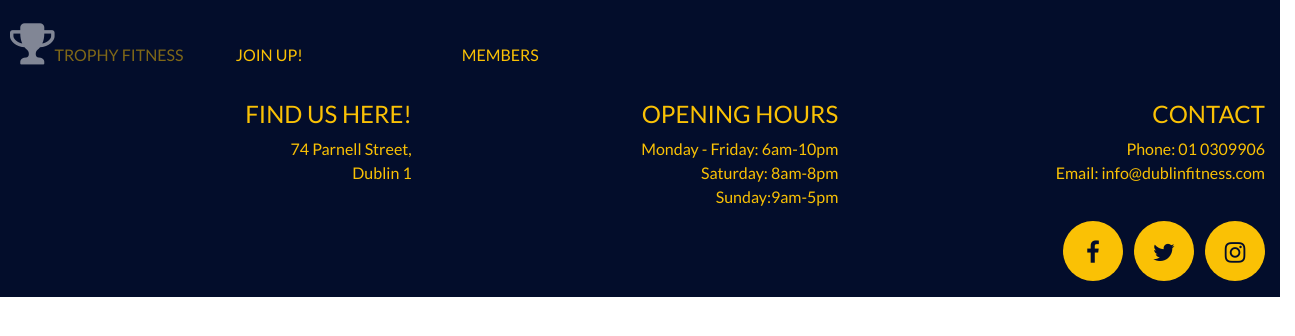
Repository: Code-Institute-Submissions/conbonbom-Milestone-project-1
Page: index.html
The author's editor kept a record of every edit. The page is drawn from the files as they stood at one moment, then again after the next edit.
The browser window is 1280 px wide. The page is 1295 px wide, so the pictures cover 1295 px, including what lies to the right of the window. The pictures show the whole page.

Above is the page before.

After the next edit:
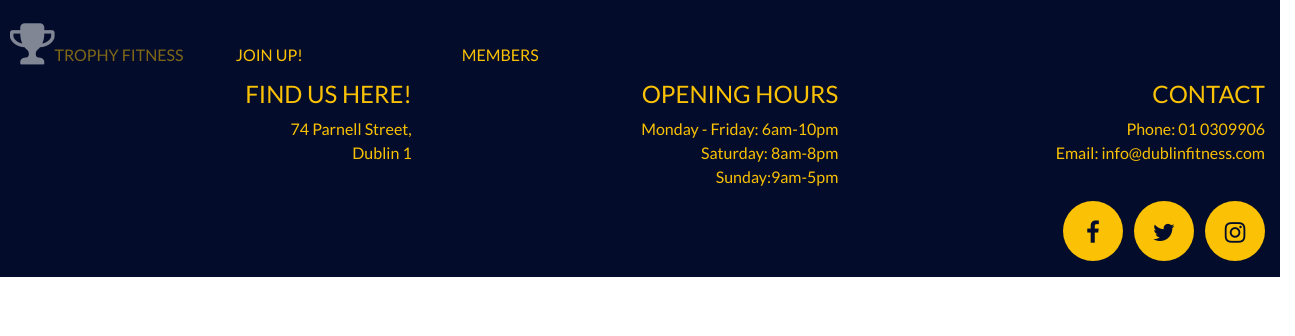
The edit:
--- a/Assets/style.css
+++ b/Assets/style.css
@@ -7,8 +7,8 @@
 
 header {
     background-color: #030d2b;
-    height: 100px;
-    font-size: 100%;
+    height: 80px;
+
 }
 
 .nav-item {
